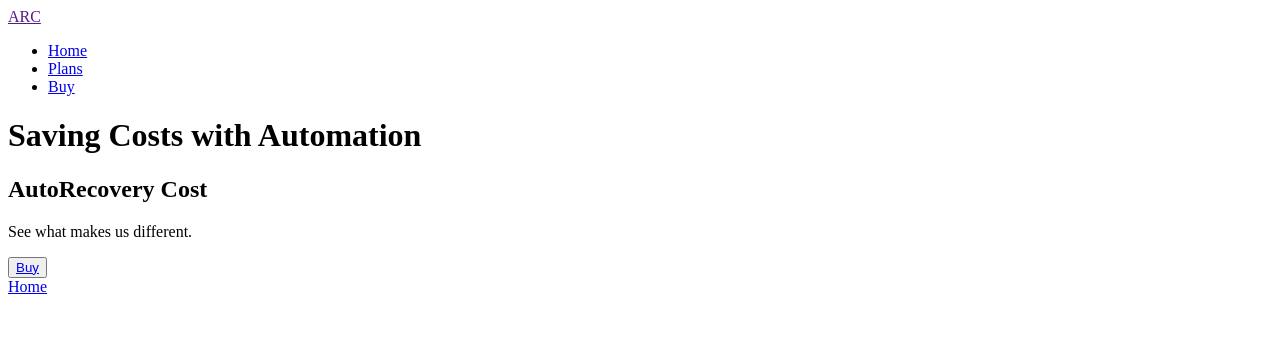
Repository: batmikun/Courses
Page: Front-End/SPA NATIVE JS/src/index.html
An editor plug-in stored every save of this project. The page is shown before and after the next save, followed by the edit.
The browser window is 1280 px wide. The pictures show the whole page.

Above is the page before, as saved 2021-11-21 16:50:48.

After the next save:
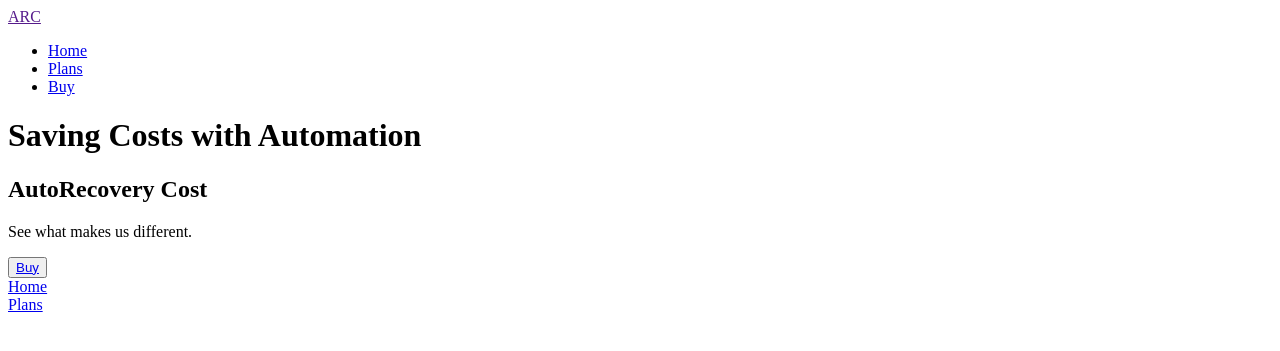
Saved 7 s later.
--- a/Front-End/SPA NATIVE JS/src/index.html
+++ b/Front-End/SPA NATIVE JS/src/index.html
@@ -52,7 +52,7 @@
                     <a id="" href="#" class="navbar__link">Home</a>
                 </div>
                 <div class="footer__column2">
-
+                    <a id="Products" href="#" class="navbar__link">Plans</a>
                 </div>
                 <div class="footer__column3">
 
